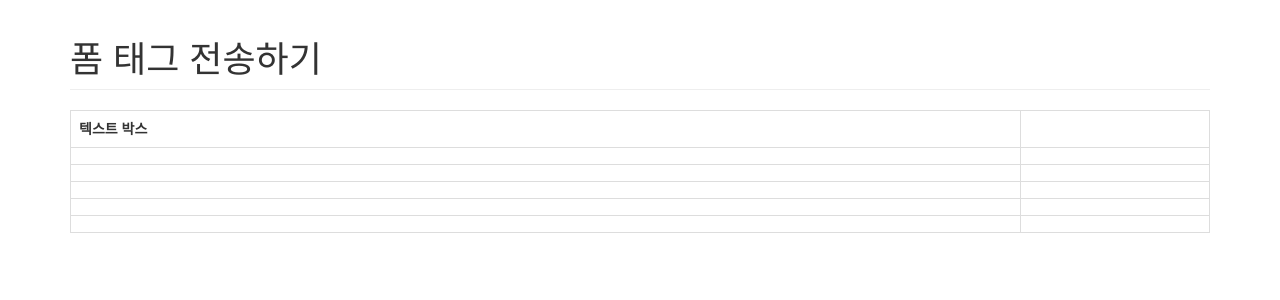
Repository: kimgyuseok/Server
Page: http://localhost/JSPTest/ex04.jsp
The author's editor kept a copy of each file at every save. The page is drawn from the files as they stood at one save, then again after the next save.
The browser window is 1280 px wide. The pictures show the whole page.
The page is served by Tomcat 9.

Above is the page before, as saved 2022-01-06 03:34:04.

### JSPTest/src/main/webapp/ex04.jsp

<%@ page language="java" contentType="text/html; charset=UTF-8"
    pageEncoding="UTF-8"%>

<!DOCTYPE html>
<html>
<head>
<meta charset="UTF-8">
<title>Insert title here</title>
<%@ include file="/inc/asset.jsp" %>
</head>
<body>

	<div class="container">

		<h1 class="page-header">폼 태그 전송하기</h1>

		<table class="table table-bordered">
			<tr>
				<th>텍스트 박스</th>
				<td></td>
			</tr>
			<tr>
				<th></th>
				<td></td>
			</tr>
			<tr>
				<th></th>
				<td></td>
			</tr>
			<tr>
				<th></th>
				<td></td>
			</tr>
			<tr>
				<th></th>
				<td></td>
			</tr>
			<tr>
				<th></th>
				<td></td>
			</tr>
		</table>

	</div>


</body>
</html>

### JSPTest/src/main/webapp/inc/asset.jsp
<%@ page language="java" contentType="text/html; charset=UTF-8"
    pageEncoding="UTF-8"%>
<!-- asset.jsp -->

<link rel="stylesheet" href="/jsp/asset/css/bootstrap.css">

<script src="/jsp/asset/js/jquery-1.12.4.js"></script>
<script src="/jsp/asset/js/bootstrap.js"></script>

Loaded but not shown: JSPTest/src/main/webapp/asset/css/bootstrap.css (library); JSPTest/src/main/webapp/asset/js/jquery-1.12.4.js (library); JSPTest/src/main/webapp/asset/js/bootstrap.js (library)

After the next save:
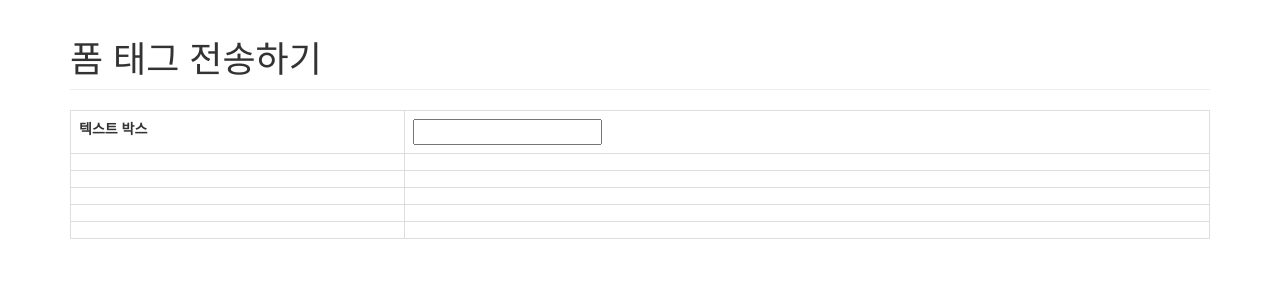
Saved 16 s later.
--- a/JSPTest/src/main/webapp/ex04.jsp
+++ b/JSPTest/src/main/webapp/ex04.jsp
@@ -18,7 +18,7 @@
 		<table class="table table-bordered">
 			<tr>
 				<th>텍스트 박스</th>
-				<td></td>
+				<td><input type="text" name="***"</td>
 			</tr>
 			<tr>
 				<th></th>
